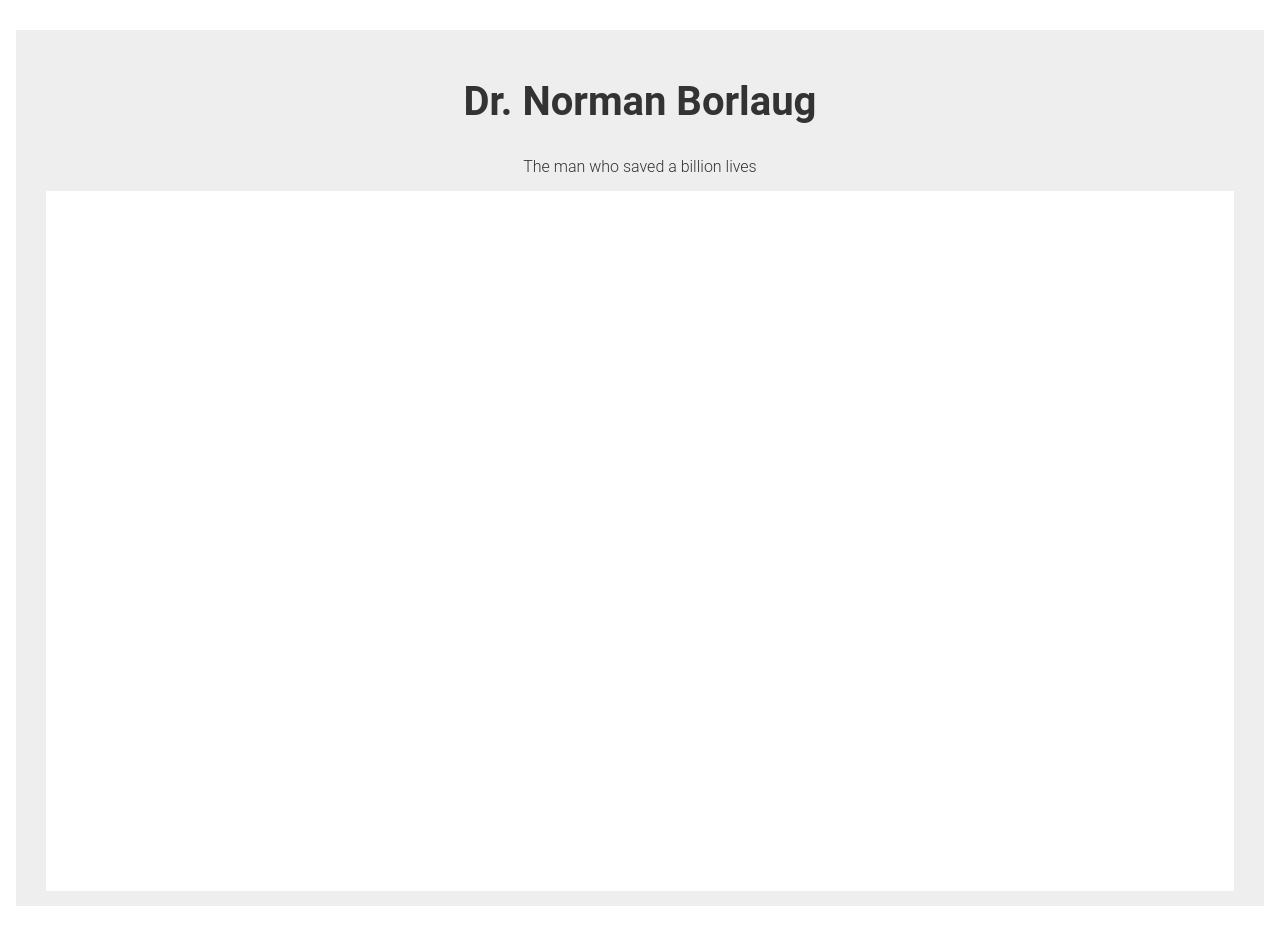
Repository: HTDuy01/github-demo
Page: freecodecamp/index.html
An editor plug-in stored every save of this project. The page is shown before and after the next save, followed by the edit.
The browser window is 1280 px wide. The pictures show the whole page.

Above is the page before, as saved 2021-11-17 20:11:31.

### freecodecamp/index.html
<!DOCTYPE html>
<html lang="en">
<head>
    <meta charset="UTF-8">
    <meta http-equiv="X-UA-Compatible" content="IE=edge">
    <meta name="viewport" content="width=device-width, initial-scale=1.0">
    <title>Document</title>
    <link rel="stylesheet" href="/assets/css/style.css">
    <link rel="stylesheet" href="/assets/css/base.css">
</head>
<body>
    <div class="main">
        <header id="title">
            <h1 class="heading">Dr. Norman Borlaug</h1>
            <p class="sub-heading">The man who saved a billion lives</p>
        </header>

        <div id="img-div">

        </div>

        <div class="content">

        </div>

        <footer class="footer">

        </footer>
    </div>
</body>
</html>

### freecodecamp/assets/css/style.css
.main {
    background-color: #eee;
    margin: 30px 8px;
    padding: 15px;
}

/* header */
#title {
    text-align: center;
}

.heading {
    color: var(--color-header);
    font-size: 4rem;
    font-weight: 600;
    margin-top: 27px;
    line-height: 60px;
}

.sub-heading {
    font-size: 1.6rem;
    color: var(--color-header);
    font-weight: 300;
}

/* Bener */
#img-div {
    height: 700px;
    background-color: #fff;
    margin: 0 15px;
}

### freecodecamp/assets/css/base.css

* {
    box-sizing: inherit;
}

html {
    font-size: 62.5%;
    line-height: 1.6rem;
    font-family: 'Roboto', sans-serif;
    box-sizing: border-box;
}

:root {
    --color-header:#333;
}

After the next save:
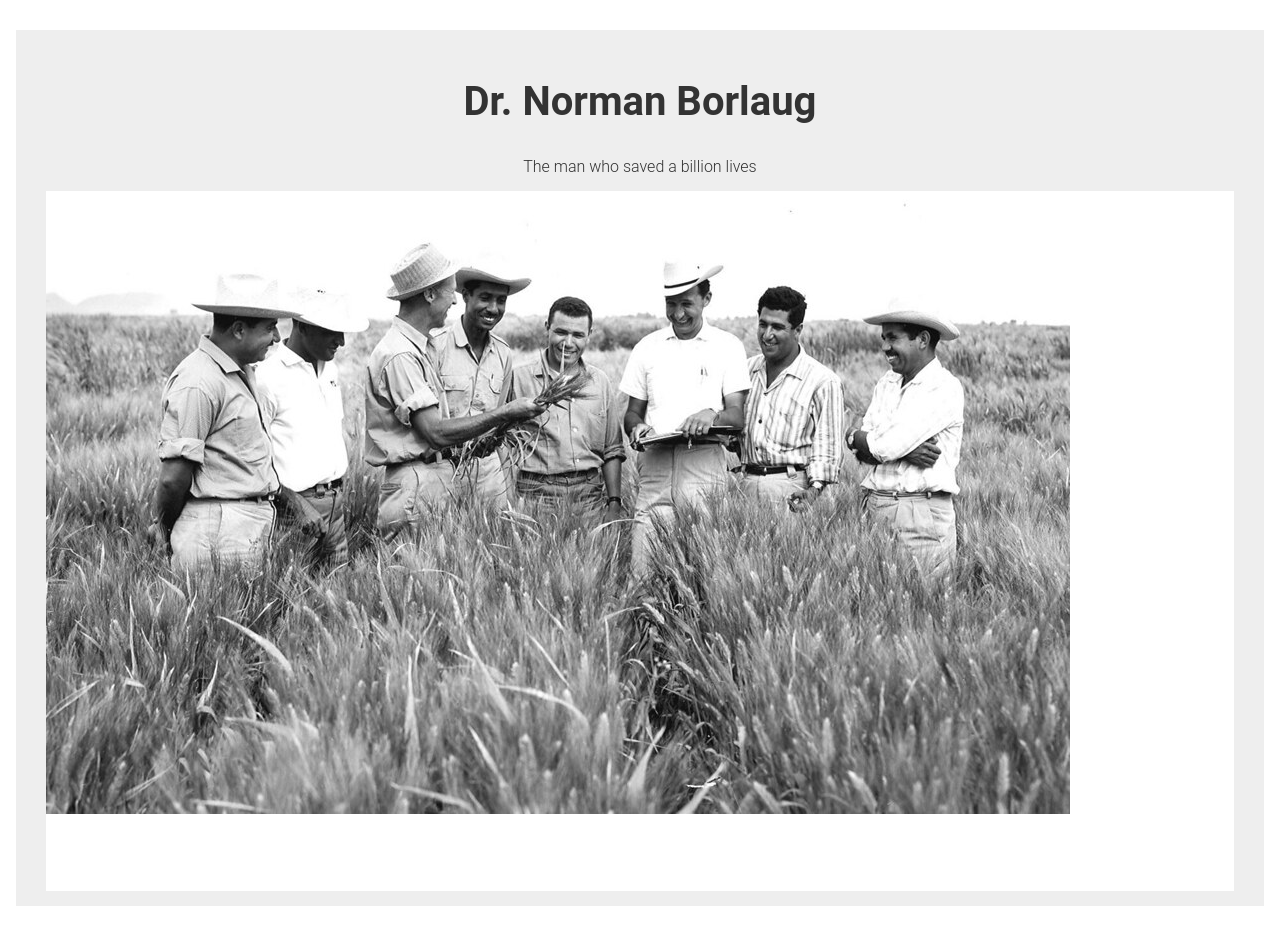
Saved 2 min 32 s later.
--- a/freecodecamp/index.html
+++ b/freecodecamp/index.html
@@ -16,7 +16,7 @@
         </header>
 
         <div id="img-div">
-
+            <img src="/assets/img/tribute-page-main-image.jpg" alt="" class="img">
         </div>
 
         <div class="content">
